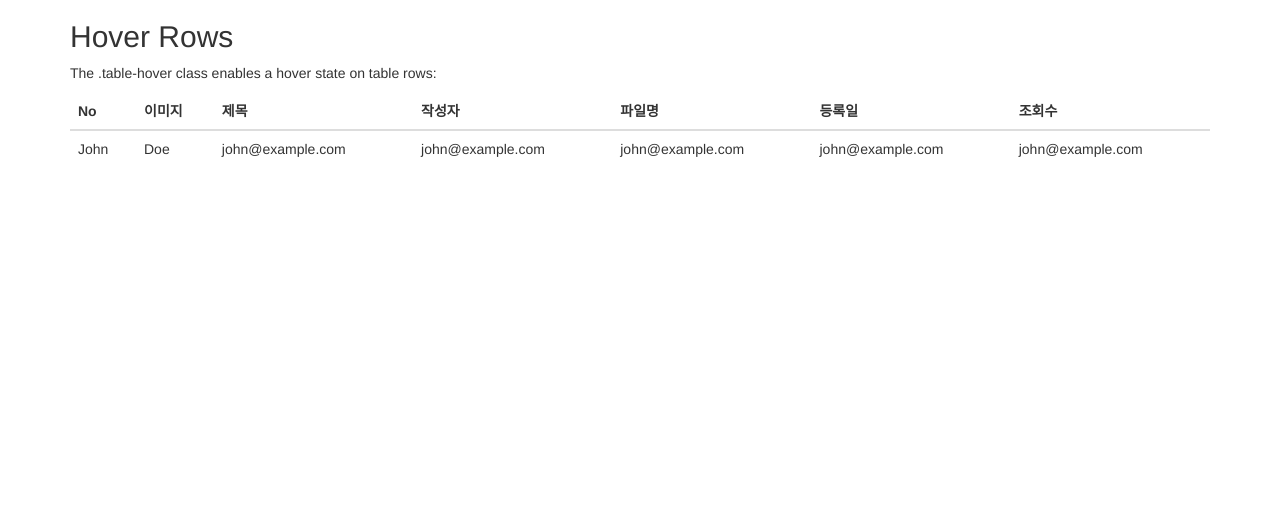
Repository: devlearncampus/gallery
Page: http://localhost/galleryapp/gallery/list.jsp
The author's editor kept a copy of each file at every save. The page is drawn from the files as they stood at one save, then again after the next save.
The browser window is 1280 px wide. The pictures show the whole page.
The page is served by Tomcat 9. Other server files are loaded and not shown.

Above is the page before, as saved 2026-09-28 07:26:23.

### galleryapp/src/main/webapp/gallery/list.jsp
<%@ page contentType="text/html; charset=UTF-8"%>
<!DOCTYPE html>
<html lang="en">
<head>
<title>Bootstrap Example</title>
<meta charset="utf-8">
<meta name="viewport" content="width=device-width, initial-scale=1">
<link rel="stylesheet"
	href="https://maxcdn.bootstrapcdn.com/bootstrap/3.4.1/css/bootstrap.min.css">
<script
	src="https://ajax.googleapis.com/ajax/libs/jquery/3.7.1/jquery.min.js"></script>
<script
	src="https://maxcdn.bootstrapcdn.com/bootstrap/3.4.1/js/bootstrap.min.js"></script>
</head>
<body>

	<div class="container">
		<h2>Hover Rows</h2>
		<p>The .table-hover class enables a hover state on table rows:</p>
		<table class="table table-hover">
			<thead>
				<tr>
					<th>No</th>
					<th>이미지</th>
					<th>제목</th>
					<th>작성자</th>
					<th>파일명</th>
					<th>등록일</th>
					<th>조회수</th>
				</tr>
			</thead>
			<tbody>

				<tr>
					<td>John</td>
					<td>Doe</td>
					<td>john@example.com</td>
					<td>john@example.com</td>
					<td>john@example.com</td>
					<td>john@example.com</td>
					<td>john@example.com</td>
				</tr>

			</tbody>
		</table>
	</div>

</body>
</html>

After the next save:
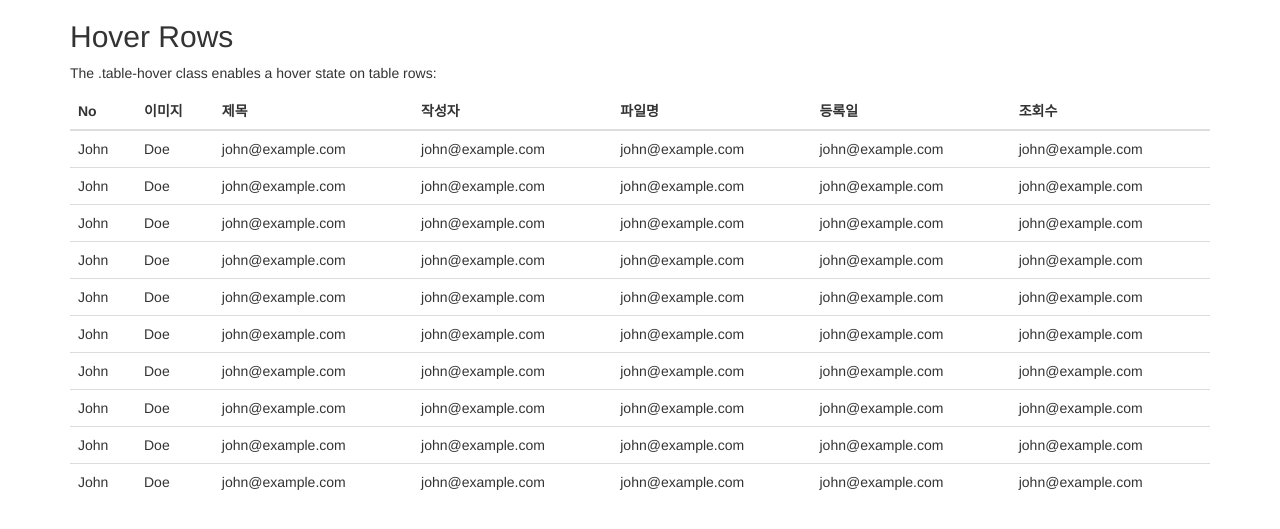
Saved 24 s later.
--- a/galleryapp/src/main/webapp/gallery/list.jsp
+++ b/galleryapp/src/main/webapp/gallery/list.jsp
@@ -30,7 +30,7 @@
 				</tr>
 			</thead>
 			<tbody>
-
+				<%for(int i=1;i<=10;i++){%>
 				<tr>
 					<td>John</td>
 					<td>Doe</td>
@@ -40,7 +40,7 @@
 					<td>john@example.com</td>
 					<td>john@example.com</td>
 				</tr>
-
+				<%} %>
 			</tbody>
 		</table>
 	</div>
